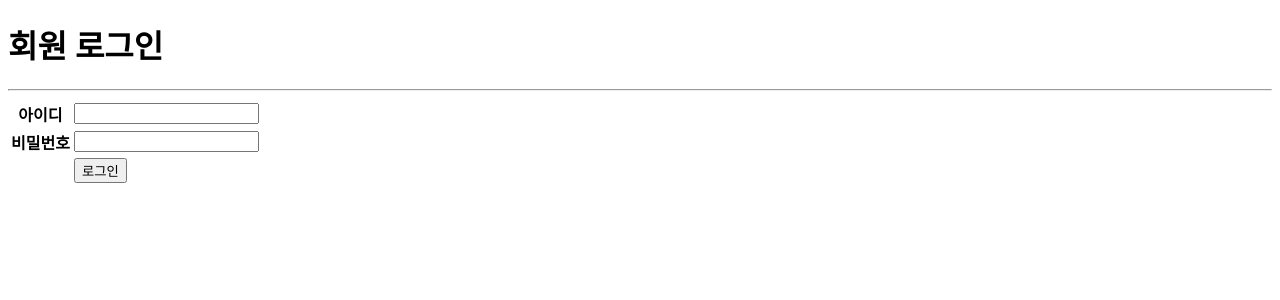
Repository: 2hundred2ne2/bit
Page: http://localhost/First_Web/member/loginForm.jsp
These files come from the project's save history. The page is drawn as it stood at one moment and after the next save; the edit follows.
The browser window is 1280 px wide. The pictures show the whole page.
The page is served by Tomcat 9. Other server files are loaded and not shown.

Above is the page before, as saved 2020-12-17 07:36:56.

### JSP_PROJECT/First_Web/WebContent/member/loginForm.jsp
<%@ page language="java" contentType="text/html; charset=UTF-8"
    pageEncoding="UTF-8"%>
<!DOCTYPE html>
<html lang="ko">

<head>
    <meta charset="utf-8">
    <meta name="viewport" content="width=device-width, initial-scale=1.0">
    <title>로그인 폼</title>
</head>

<body>
    <h1>회원 로그인 </h1>
    <hr>
    <form action="login.jsp" method="post">
        <table>
            <tr>
                <th><label for="userid">아이디</label></th>
                <td>
                    <input type="text" id="userid" name="userid">
                </td>
            </tr>
            <tr>
                <th><label for="pw">비밀번호</label></th>
                <td>
                    <input type="password" id="pw" name="pw">
                </td>
            </tr>
            <tr>
                <td >

                </td>
                <td>
                <input type="submit" value="로그인">
                </td>
            </tr>
        </table>
    </form>

</body>

</html>

After the next save:
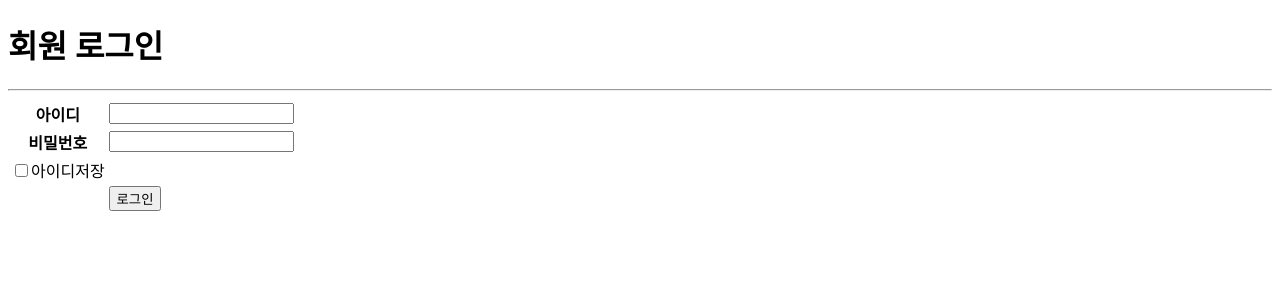
Saved 2 min 38 s later.
--- a/JSP_PROJECT/First_Web/WebContent/member/loginForm.jsp
+++ b/JSP_PROJECT/First_Web/WebContent/member/loginForm.jsp
@@ -26,6 +26,12 @@
                     <input type="password" id="pw" name="pw">
                 </td>
             </tr>
+
+                <td>
+                   <input type="checkbox" name="chk" value="on">아이디저장
+                </td>
+            </tr>
+
             <tr>
                 <td >
 
